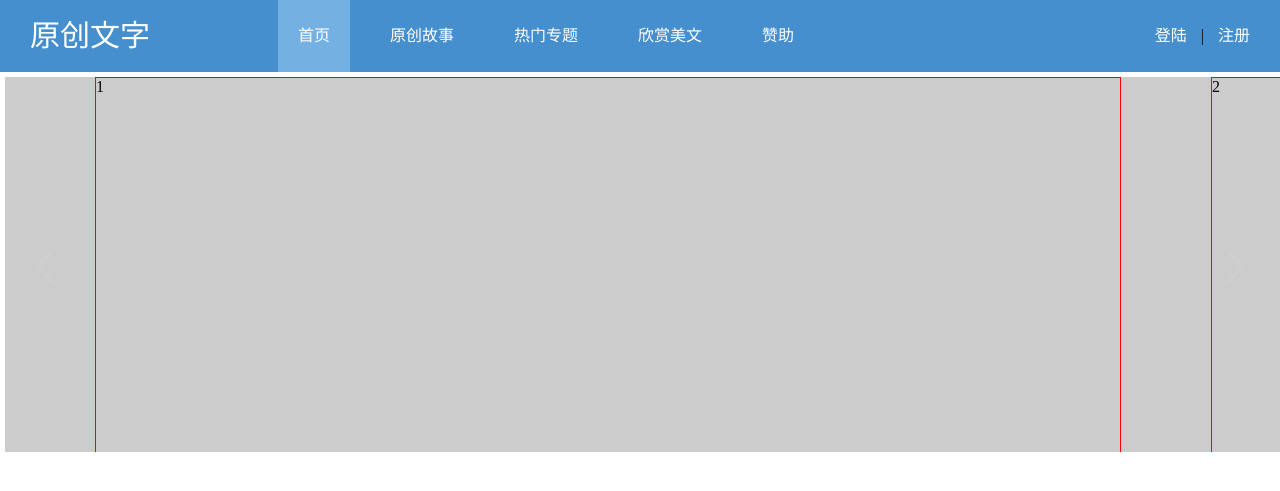
Repository: equation-zheng/Article
Page: http://localhost/Idles/
An editor plug-in stored every save of this project. The page is shown before and after the next save, followed by the edit.
The browser window is 1280 px wide. The pictures show the whole page.
The page is served by Tomcat 9.

Above is the page before, as saved 2017-12-06 02:42:48.

After the next save:
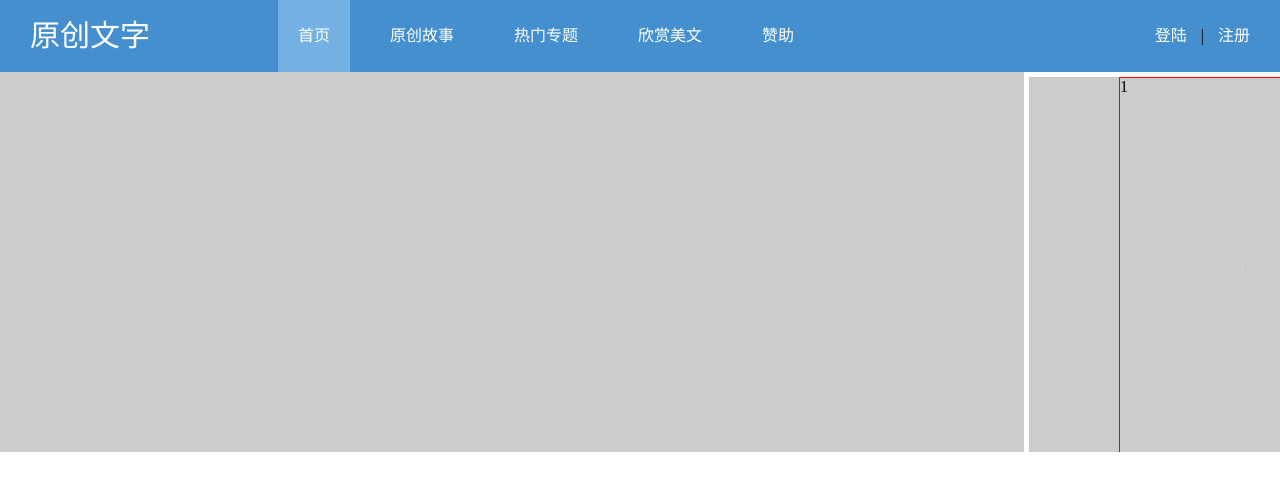
Saved 19 s later.
--- a/Service/apache-tomcat-7.0.82/Idles/WebContent/index.jsp
+++ b/Service/apache-tomcat-7.0.82/Idles/WebContent/index.jsp
@@ -70,6 +70,7 @@
 		height: 380px;
 		width: 5120px;
 		border: solid 5px #fff;
+		margin-left: 1024px;
 	}
 	.banner ul li {
 		height: 380px;
